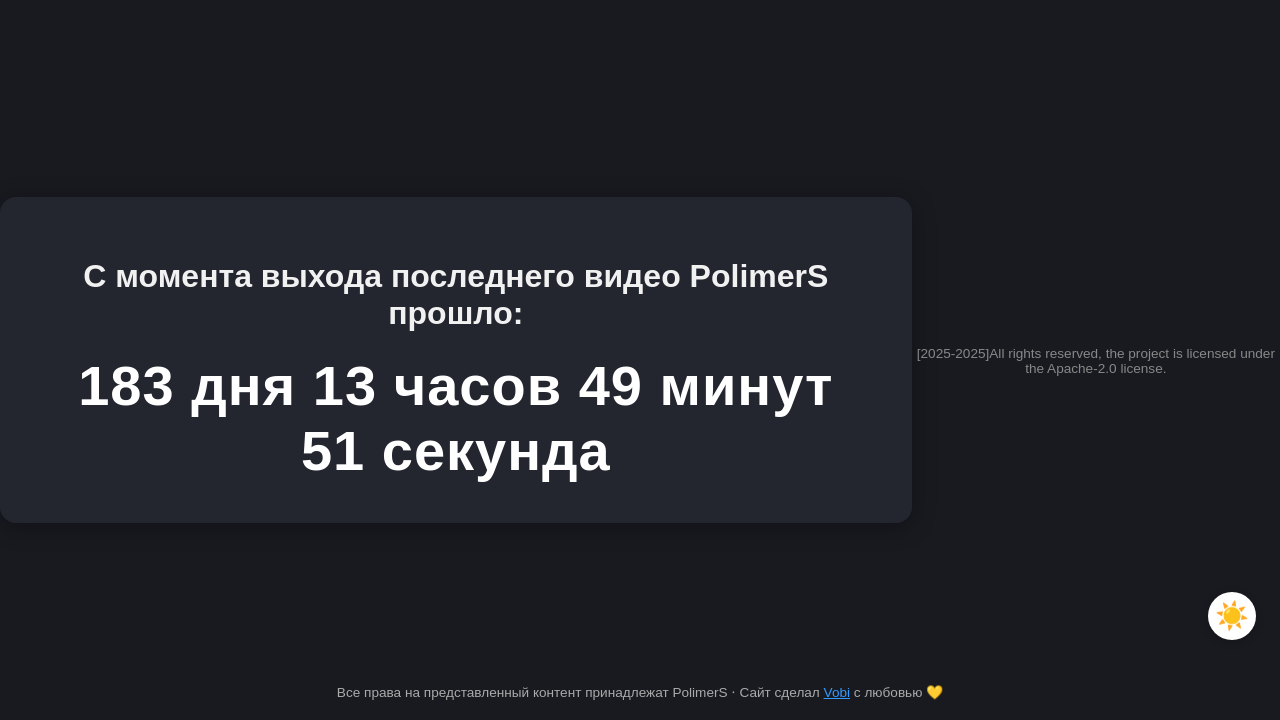
Repository: oncube-dev/OnCube-dev_website
Page: files_for_hosting/clear_html.version/index.html
These files come from the project's save history. The page is drawn as it stood at one moment and after the next save; the edit follows.
The browser window is 1280 px wide. The pictures show the whole page.

Above is the page before, as saved 2025-07-18 12:08:49.

After the next save:
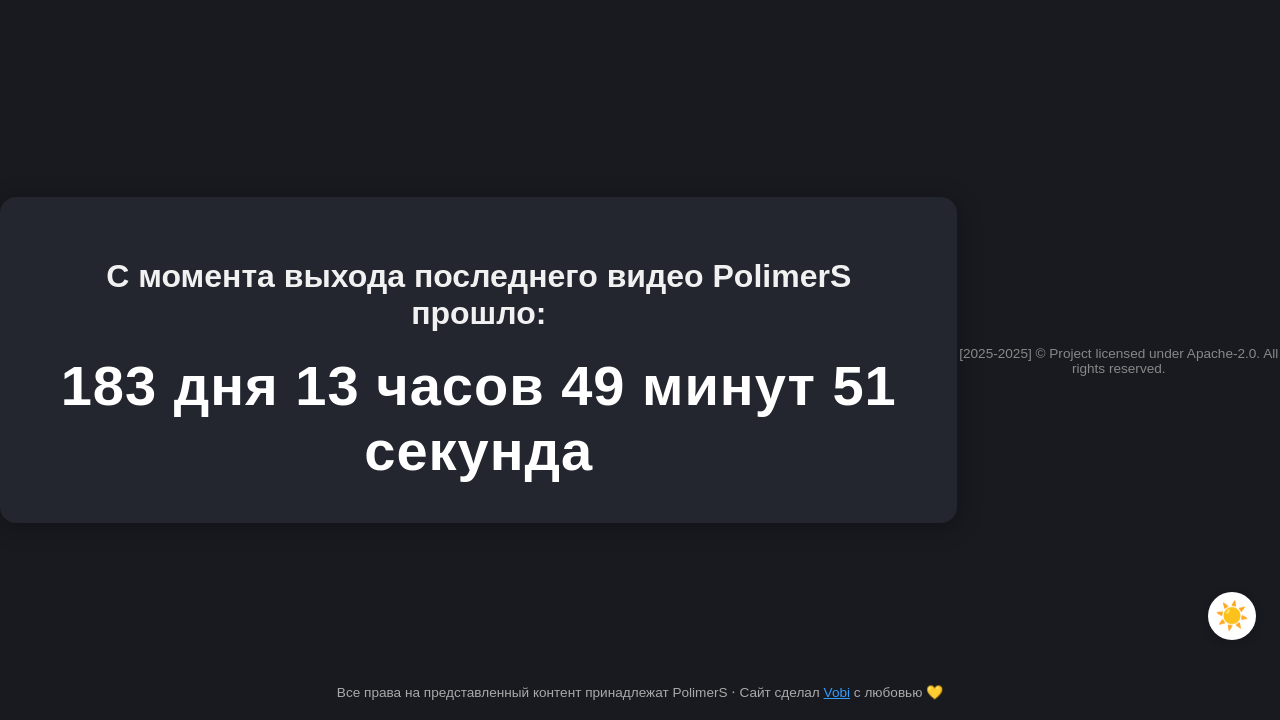
Saved 106 s later.
--- a/files_for_hosting/clear_html.version/index.html
+++ b/files_for_hosting/clear_html.version/index.html
@@ -18,7 +18,7 @@
         Все права на представленный контент принадлежат PolimerS ⋅ Сайт сделал <a href="https://vobi.bio.link/" target="_blank" style="text-decoration:underline;">Vobi</a> с любовью 💛
     </footer>
     <div style="text-align:center; font-size:0.85em; color:#888; margin-top:2px;">
-        [2025-2025]All rights reserved, the project is licensed under the Apache-2.0 license.
+        [2025-2025] © Project licensed under Apache-2.0. All rights reserved.
     </div>
     <script>
         const startDate = new Date('2025-01-15T11:00:00');
